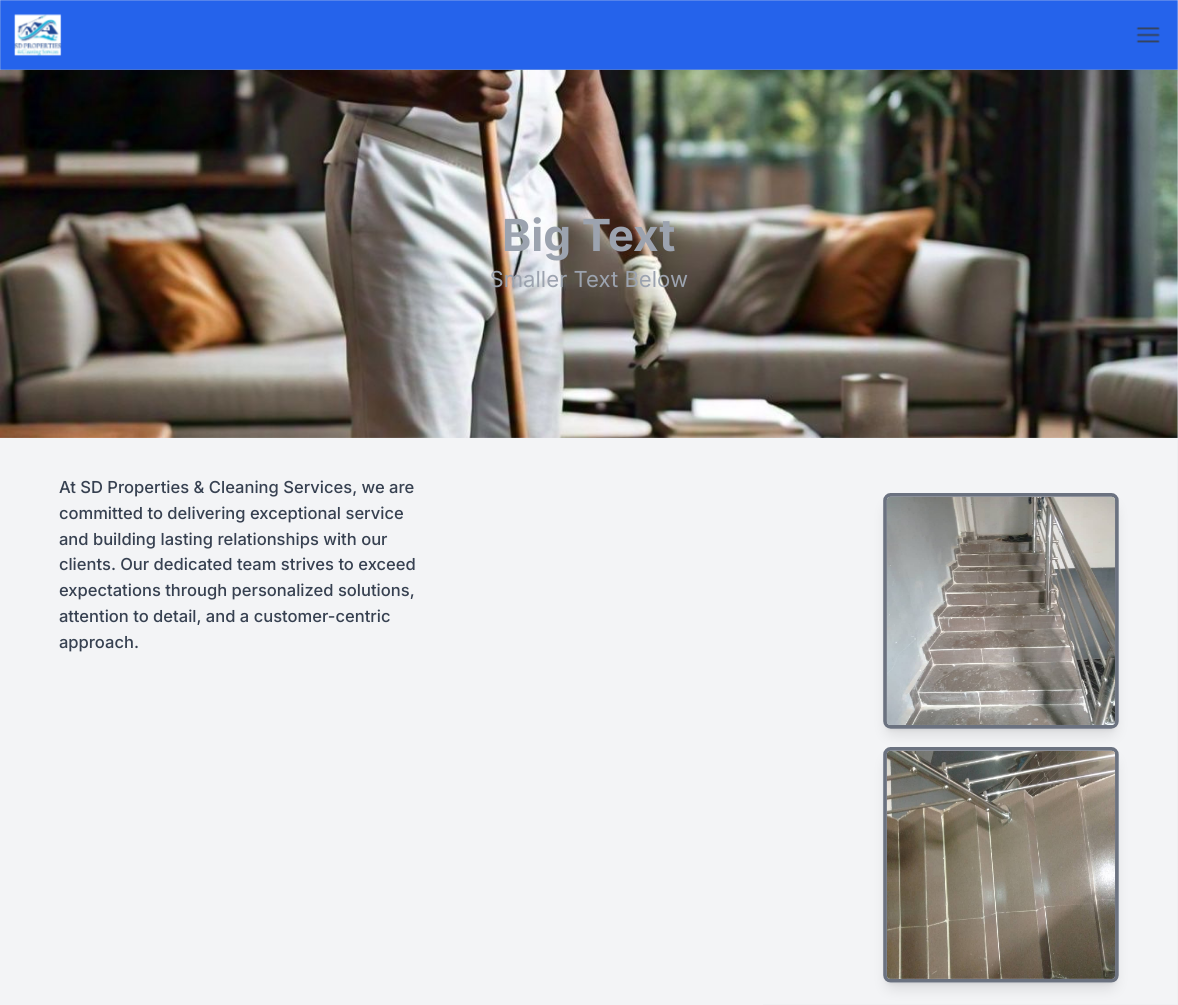
Repository: devmskhan/sdpropandclean
Page: /
These files come from the project's save history. The page is drawn as it stood at one moment and after a run of saves; the edit follows.
The browser window is 1280 px wide. The pictures show the whole page, at 92% of full size.
The project was rebuilt for these pictures with package versions that can differ from the ones it lists, and the page was loaded fresh each time. The framework's server and built-in components were replaced by stand-ins that run in the browser. Also part of the build but not shown: next.config.mjs.

Above is the page before, as saved 2024-09-03 12:31:57.

### app/layout.tsx
import type { Metadata } from "next";
import { Inter } from "next/font/google";
import "./globals.css";

const inter = Inter({ subsets: ["latin"] });

export const metadata: Metadata = {
  title: "SD Properties & Cleaning",
  description: "Provision of Houses and Cleanliness of Homes is our apex goal",
};

export default function RootLayout({
  children,
}: Readonly<{
  children: React.ReactNode;
}>) {
  return (
    <html lang="en">
      <body className={inter.className}>{children}</body>
    </html>
  );
}

### app/page.tsx
import Header from '../components/Header';
import Body from '../components/Body';

export default function Home() {
  return (
    <main className="min-h-screen bg-gray-200">
      <Header />
      <Body />
    </main>
  );
}

### components/Header.tsx
import Image from "next/image";
import { Bars3Icon } from '@heroicons/react/24/solid'


function Header() {
    return (
        <header className="sticky top-0 flex justify-between items-center p-4 bg-blue-600 shadow-md">
      {/* Logo on the top left */}
      <div className="flex items-center">
        <Image
          src="/sdlogo.jpg"
          alt="Logo"
          width={50}
          height={50}
          className="cursor-pointer"
        />
      </div>

      {/* Triple line (hamburger) icon on the top right */}
      <div className="cursor-pointer">
        <Bars3Icon className="h-8 w-8 text-gray-700" />
      </div>
    </header>
    )
}

export default Header;

### components/Body.tsx



function Body() {
    return (
        <div>
            <div className="relative w-full h-[400px] bg-cover bg-center text-gray-400"
         style={{ backgroundImage: 'url("/pic1.jpg")' }}>
      <div className="absolute inset-0 flex flex-col justify-center items-center text-center">
        {/* Larger Text */}
        <h1 className="text-5xl font-bold mb-2">
          Big Text
        </h1>
        {/* Smaller Text */}
        <p className="text-2xl">
          Smaller Text Below
        </p>
      </div>
    </div>

    <div>

    </div>

      <div className="flex justify-between p-6 bg-gray-100">
  <div className="max-w-md text-left mr-12"> {/* Increased margin-right for larger space */}
    <p className="text-lg font-medium text-gray-700 mt-4 ml-10">
      At SD Properties & Cleaning Services, we are committed to delivering exceptional service and building lasting relationships with our clients. Our dedicated team strives to exceed expectations through personalized solutions, attention to detail, and a customer-centric approach.
    </p>
  </div>
  <div className="mt-4 mr-10">
  <img src="stairsb.jpg" alt="Top Image" className="mt-5 w-64 h-64 rounded-lg shadow-lg border-gray-500 border-solid border-4" />
  <img src="stairsaft.jpg" alt="Bottom Image" className="mt-5 w-64 h-64 rounded-lg shadow-lg border-gray-500 border-solid border-4" />
  </div>
</div>


        </div>


    )
}

export default Body;

Loaded but not shown: app/globals.css (common file); tailwind.config.ts (common file)

After the next 2 saves:
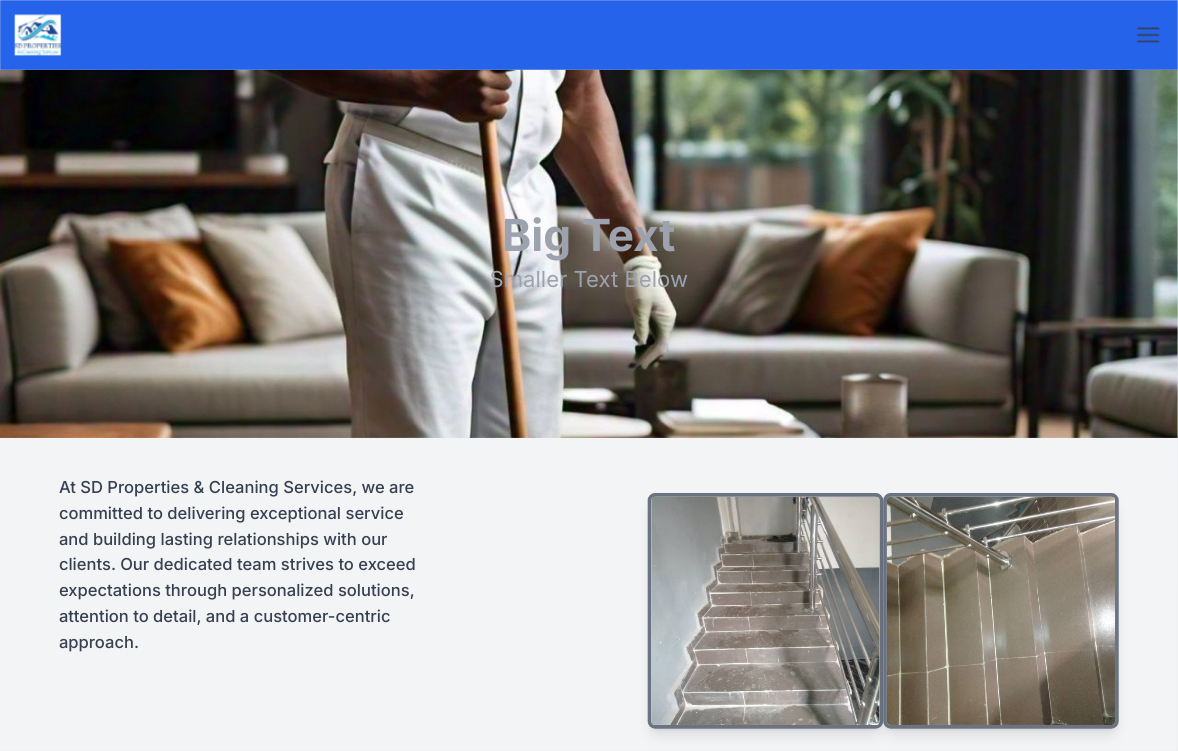
The 2 saves are shown as one change because they came seconds apart.
The last was saved 26 s later.
--- a/components/Body.tsx
+++ b/components/Body.tsx
@@ -28,7 +28,7 @@ function Body() {
       At SD Properties & Cleaning Services, we are committed to delivering exceptional service and building lasting relationships with our clients. Our dedicated team strives to exceed expectations through personalized solutions, attention to detail, and a customer-centric approach.
     </p>
   </div>
-  <div className="mt-4 mr-10">
+  <div className="flex mt-4 mr-10">
   <img src="stairsb.jpg" alt="Top Image" className="mt-5 w-64 h-64 rounded-lg shadow-lg border-gray-500 border-solid border-4" />
   <img src="stairsaft.jpg" alt="Bottom Image" className="mt-5 w-64 h-64 rounded-lg shadow-lg border-gray-500 border-solid border-4" />
   </div>
